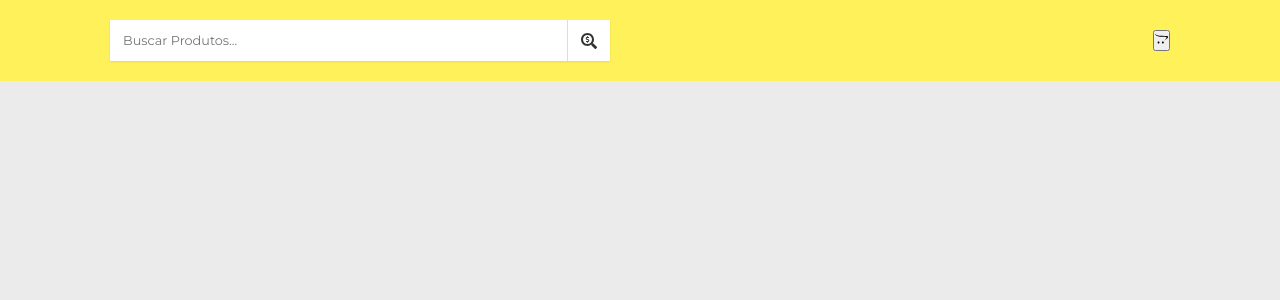
Repository: Gab23Oli/Projeto-de-Conclus-o---Shopping-Cart
Page: /
These files come from the project's save history. The page is drawn as it stood at one moment and after the next save; the edit follows.
The browser window is 1280 px wide. The pictures show the whole page.
The project was rebuilt for these pictures with package versions that can differ from the ones it lists, and the page was loaded fresh each time.

Above is the page before, as saved 2024-01-25 13:57:19.

### public/index.html
<!DOCTYPE html>
<html lang="en">
  <head>
    <meta charset="utf-8" />
    <meta name="viewport" content="width=device-width, initial-scale=1" />
    <title>Shopping Cart</title>
  </head>
  <body>
    <noscript>You need to enable JavaScript to run this app.</noscript>
    <div id="root"></div>
  </body>
</html>

### src/index.css
@import url('https://fonts.googleapis.com/css2?family=Montserrat:ital,wght@0,100;0,200;0,300;0,400;0,500;0,600;0,700;0,800;0,900;1,100;1,200;1,300;1,400;1,500;1,600;1,700;1,800;1,900&display=swap');

* {
  margin: 0;
  padding: 0;
  box-sizing: border-box;
  font-family: "Montserrat", sans-serif;
}

body {
  background-color: #ebebeb ;
}

.container {
  max-width: 1100px;
  margin: 0 auto;
}

### src/App.js
import React from "react";
import Header from "./components/Header/Header";

function App() {
  return (
    <div>
      <Header />
    </div>
  );
}

export default App;

### src/components/Header/Header.jsx
import React from "react";
import SearchBar from "../SearchBar/SearchBar";
import CartButton from "../CartButton/CartButton";

import "./Header.css";

function Header () {
  return (
    <header className="header">
      <div className="container">
        <SearchBar />
        <CartButton />
      </div>
    </header>
  );
}

export default Header;

### src/components/SearchBar/SearchBar.jsx
import React, { useState } from "react";
import { FaSearchDollar } from "react-icons/fa";

import "./SearchBar.css";

function SearchBar() {

  const [searchValue, setSearchValue] = useState("");

  return (
    <form className="search-bar">
      <input
        type="search"
        value={searchValue}
        placeholder="Buscar Produtos..."
        className="search__input"
        required
        onChange={({ target }) => setSearchValue(target.value) }
      />
      <button type="submit" className="search__button">
        <FaSearchDollar />
      </button>
    </form>
  );
}

export default SearchBar;

### src/components/CartButton/CartButton.jsx
import React from "react";
import { FaOpencart } from "react-icons/fa";
import "./CartButton.css";


function CartButton() {
  return (
    <button type="buttom" className="cart__buttom">
      <FaOpencart />
    </button>
  );
}

export default CartButton;

### src/components/Header/Header.css
.header {
  background-color: #fff159;
  position: fixed;
  width: 100%;
}

.header > div {
  display: flex;
  justify-content: space-between;
  align-items: center;
  padding: 20px;
}

### src/components/SearchBar/SearchBar.css
.search-bar {
  display: flex;
  background-color: white;
  width: 100%;
  max-width: 500px;
  justify-content: space-between;
  box-shadow: 0 1px 2px 0 rgba(0, 0, 0, 0.1);
  gap: 13px;
  padding-right: 13px;
}

.search__input {
  padding: 13px;
  flex-grow: 1;
  border:none;
  outline: none;
  font-size: 0.8rem;
  font-weight: 500px;
  border-right: 1px solid #ddd;
}

.search__button {
  background: none;
  border: none;
  font-size: 1rem;
  display: flex;
  align-items: center;
  justify-content: center;
  color:#333
}

### src/components/CartButton/CartButton.css
.cart__button {
  font-size: 1.5rem;
  display: flex;
  align-items: center;
  justify-content: center;
  padding: 5px;
  border: none;
  background: none;
  cursor: pointer;
  position: relative;
  margin-left: 28px;
  color: #333;
}

Loaded but not shown: src/index.js (common file)

After the next save:
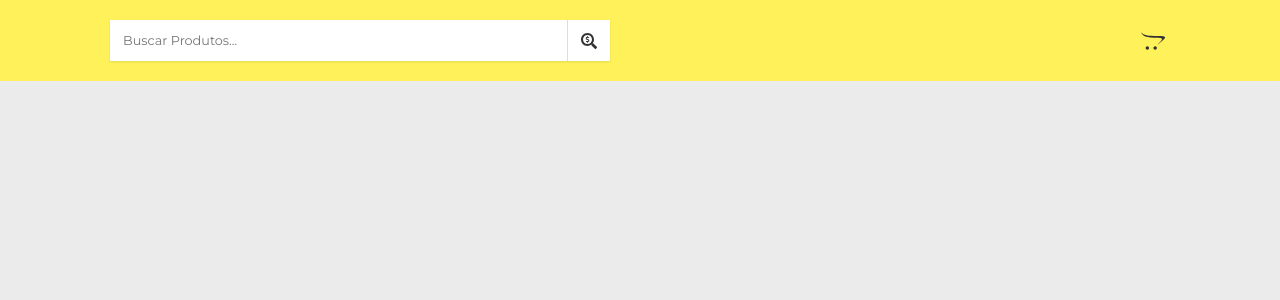
Saved 33 s later.
--- a/src/components/CartButton/CartButton.jsx
+++ b/src/components/CartButton/CartButton.jsx
@@ -5,7 +5,7 @@ import "./CartButton.css";
 
 function CartButton() {
   return (
-    <button type="buttom" className="cart__buttom">
+    <button type="buttom" className="cart__button">
       <FaOpencart />
     </button>
   );
